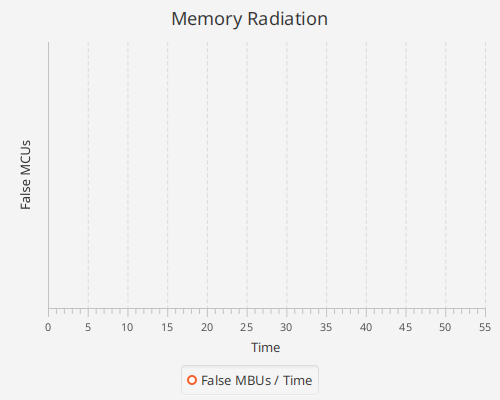
Repository: jalguacilgon/TFG-MemoryRadiation-JesusAlguacilGonzalez
Program's window: java TFG/MemoryRadiation/src/linechart/Memory.java
The author's editor kept a copy of each file at every save. The program's window is drawn from the files as they stood at one save, then again after a run of saves.
It runs on Java 21 on a 1366 x 768 screen with JavaFX 11; the title bar is not drawn.

Above is the program's window before, as saved 2021-09-07 15:40:55.

### TFG/MemoryRadiation/src/linechart/Memory.java
package linechart;

import form.MethodSelection;
import javafx.application.Application;
import javafx.stage.Stage;
import javafx.scene.Scene;
import javafx.scene.chart.LineChart;
import javafx.scene.chart.NumberAxis;
import javafx.scene.chart.XYChart;
import javafx.scene.layout.HBox;
import javafx.scene.layout.Priority;
import javafx.scene.layout.VBox;


public class Memory extends Application {

	private double flux;
	private double sensitivity;
	private int size;
	private int D;
	private MethodSelection method;

	private double [] errors;
	private int nBitflips;


	@Override
	public void start(Stage primaryStage) {
		init(primaryStage);
	}

	private void init(Stage primaryStage) {
		// TODO Auto-generated method stub
		NumberAxis xAxis = new NumberAxis();
		xAxis.setLabel("Time");

		NumberAxis yAxis = new NumberAxis();
		yAxis.setLabel("False MCUs");

		LineChart<Number, Number> lineChart = new LineChart<Number, Number>(xAxis, yAxis);
		lineChart.setTitle("Memory Radiation");

		XYChart.Series<Number, Number> data = new XYChart.Series<>();
		data.setName("False MBUs / Time");

		if(this.method == MethodSelection.MD)
			this.calculateMD(data);
		else
			this.calculateIND(data);

		lineChart.getData().add(data);

		VBox vb = new VBox();
        vb.setFillWidth(true);
        HBox hb = new HBox();
        hb.getChildren().add(lineChart);
        hb.setFillHeight(true);
        vb.getChildren().add(hb);

        HBox.setHgrow(lineChart, Priority.ALWAYS);
        VBox.setVgrow(hb, Priority.ALWAYS);

        Scene scene = new Scene(vb);

		primaryStage.setTitle("LineChart TFG");
		primaryStage.setScene(scene);
		primaryStage.show();


	}

	private void calculateMD(XYChart.Series<Number, Number> data) {
		this.errors = new double [50];
		double Np, Nbf, Nfm2;
		for(int i = 1; i <= 50; ++i) {
			Nbf = this.flux * i * this.sensitivity;
			Np =  (Nbf * (Nbf - 1))/2;
			Nfm2 = Math.pow(this.size, -1) * Np * 2 * this.D * (this.D + 1);
			this.errors[i-1] = 1 - Math.pow(Math.E, -Nfm2);
			System.out.println(i + ": Nbf: " + Nbf + ", Np: " + Np + ", Nfm2: " + Nfm2);
			data.getData().add(new XYChart.Data<Number, Number>(i, this.errors[i-1]));
		}
	}

	private void calculateIND(XYChart.Series<Number, Number> data) {
		this.errors = new double [50];
		double Np, Nbf, Nfm2;
		for(int i = 1; i <= 50; ++i) {
			Nbf = this.flux * i * this.sensitivity;
			Np =  (Nbf * (Nbf - 1))/2;
			Nfm2 = Math.pow(this.size, -1) * Np * 4 * this.D * (this.D + 1);
			this.errors[i-1] = 1 - Math.pow(Math.E, -Nfm2);
			System.out.println(i + ": Nbf: " + Nbf + ", Np: " + Np + ", Nfm2: " + Nfm2);
			data.getData().add(new XYChart.Data<Number, Number>(i, this.errors[i-1]));
		}
	}


	public void setFlux(double flux) {
		this.flux = flux;
	}

	public void setSensitivity(double sensitivity) {
		this.sensitivity = sensitivity;
	}

	public void setSize(int size) {
		this.size = size;
	}

	public void setD(int d) {
		D = d;
	}

	public void setMethod(MethodSelection method) {
		this.method = method;
	}
}

### TFG/MemoryRadiation/src/form/MethodSelection.java
package form;

public enum MethodSelection {
	MD,
	IND
}

After the next 2 saves:
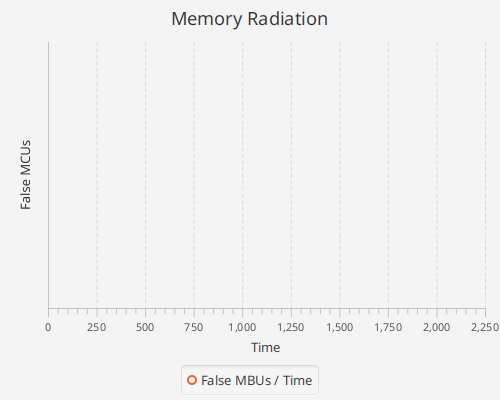
The 2 saves are shown as one change because they came seconds apart.
The last was saved 31 s later.
--- a/TFG/MemoryRadiation/src/linechart/Memory.java
+++ b/TFG/MemoryRadiation/src/linechart/Memory.java
@@ -21,7 +21,7 @@
 	private MethodSelection method;
 
 	private double [] errors;
-	private int nBitflips;
+	private int nBitflips = 2000;
 
 
 	@Override
@@ -70,9 +70,9 @@
 	}
 
 	private void calculateMD(XYChart.Series<Number, Number> data) {
-		this.errors = new double [50];
+		this.errors = new double [this.nBitflips];
 		double Np, Nbf, Nfm2;
-		for(int i = 1; i <= 50; ++i) {
+		for(int i = 1; i <= this.nBitflips; ++i) {
 			Nbf = this.flux * i * this.sensitivity;
 			Np =  (Nbf * (Nbf - 1))/2;
 			Nfm2 = Math.pow(this.size, -1) * Np * 2 * this.D * (this.D + 1);
@@ -83,9 +83,9 @@
 	}
 
 	private void calculateIND(XYChart.Series<Number, Number> data) {
-		this.errors = new double [50];
+		this.errors = new double [this.nBitflips];
 		double Np, Nbf, Nfm2;
-		for(int i = 1; i <= 50; ++i) {
+		for(int i = 1; i <= this.nBitflips; ++i) {
 			Nbf = this.flux * i * this.sensitivity;
 			Np =  (Nbf * (Nbf - 1))/2;
 			Nfm2 = Math.pow(this.size, -1) * Np * 4 * this.D * (this.D + 1);
